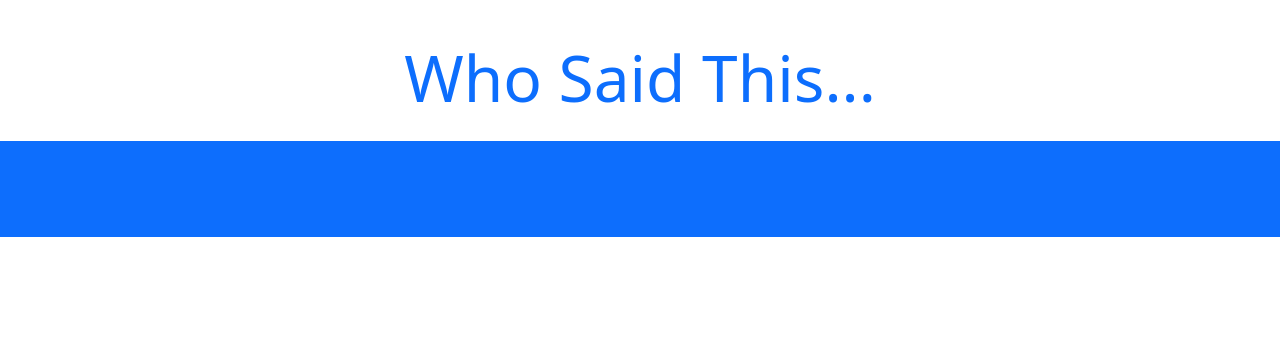
Repository: julihocc/netninja-quiz
Page: index.html
These files come from the project's save history. The page is drawn as it stood at one moment and after the next save; the edit follows.
The browser window is 1280 px wide. The pictures show the whole page.

Above is the page before, as saved 2022-09-27 19:10:16.

After the next save:
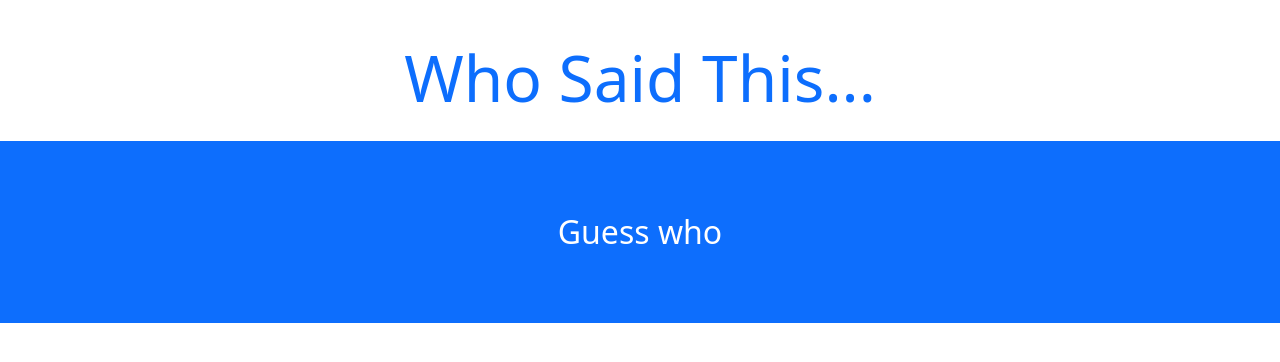
Saved 7 s later.
--- a/index.html
+++ b/index.html
@@ -25,7 +25,7 @@
         <div class="quiz py-4 bg-primary">
             <div class="container lead">
                 <h2 class="my-5 text-white">
-
+                    Guess who
                 </h2>
             </div>
         </div>
